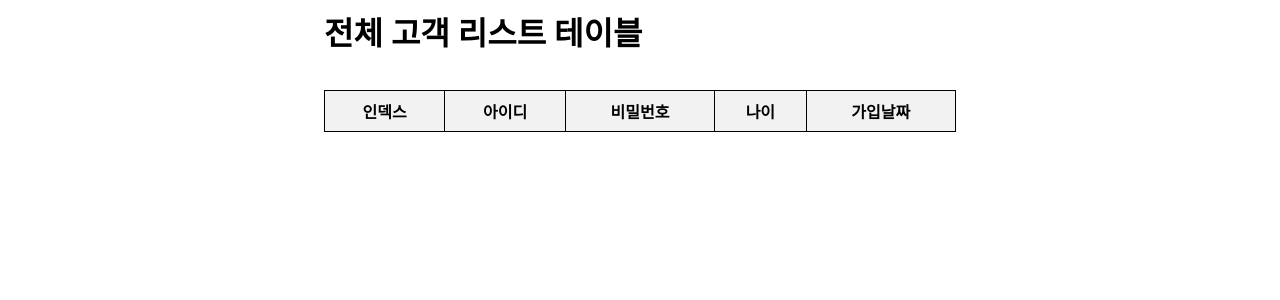
Repository: 2JISUN/hta-lecture-basic
Page: http://localhost/jsp03/list.jsp
These files come from the project's save history. The page is drawn as it stood at one moment and after the next save; the edit follows.
The browser window is 1280 px wide. The pictures show the whole page.
The page is served by Tomcat 10. Queries for data that is not in the repository find no rows.

Above is the page before, as saved 2023-09-15 07:43:35.

After the next save:
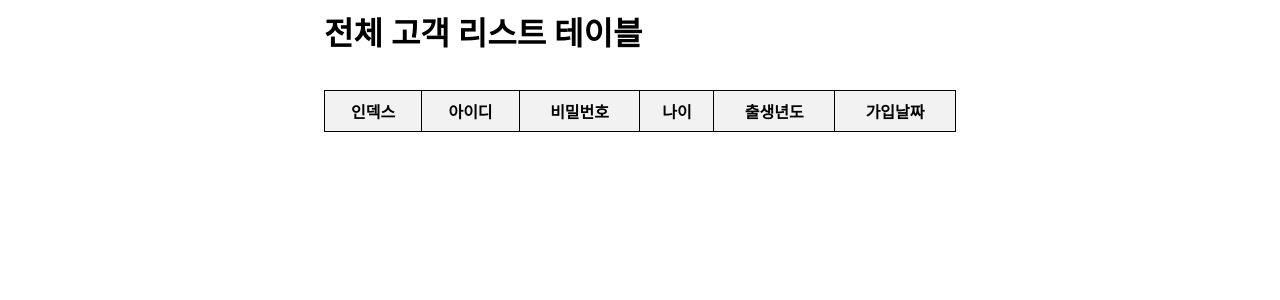
Saved 3 min 23 s later.
--- a/jsp-lecture/jsp03/src/main/webapp/list.jsp
+++ b/jsp-lecture/jsp03/src/main/webapp/list.jsp
@@ -62,7 +62,9 @@
         <th>아이디</th>
         <th>비밀번호</th>
         <th>나이</th>
+        <th>출생년도</th>
         <th>가입날짜</th>
+
     </tr>
     <%
         while(rs.next()) {
@@ -72,6 +74,7 @@
             <td><a href="info.jsp?id=<%= rs.getString("id") %>"><%= rs.getString("id") %></a></td>
             <td><%= rs.getString("password") %></td>
             <td><%= rs.getInt("age") %></td>
+            <td><%= rs.getInt("birthyear") %></td>
             <td><%= rs.getString("regdate") %></td>
         </tr>
     <%
